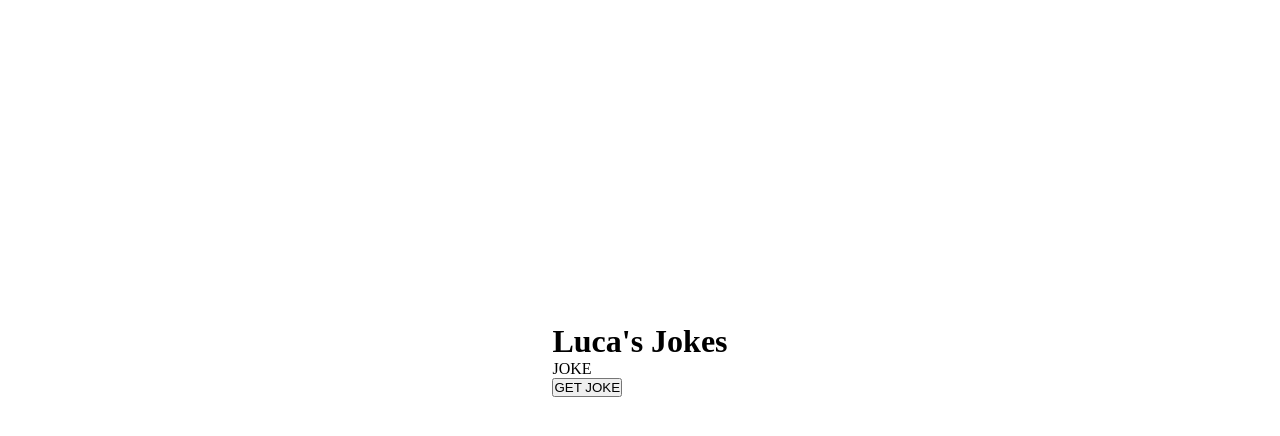
Repository: SerbanLuca/ChuckNorrisJokes-app
Page: /
These files come from the project's save history. The page is drawn as it stood at one moment and after a run of saves; the edit follows.
The browser window is 1280 px wide. The pictures show the whole page.
The project was rebuilt for these pictures with package versions that can differ from the ones it lists, and the page was loaded fresh each time.

Above is the page before, as saved 2021-04-07 13:45:39.

After the next 3 saves:
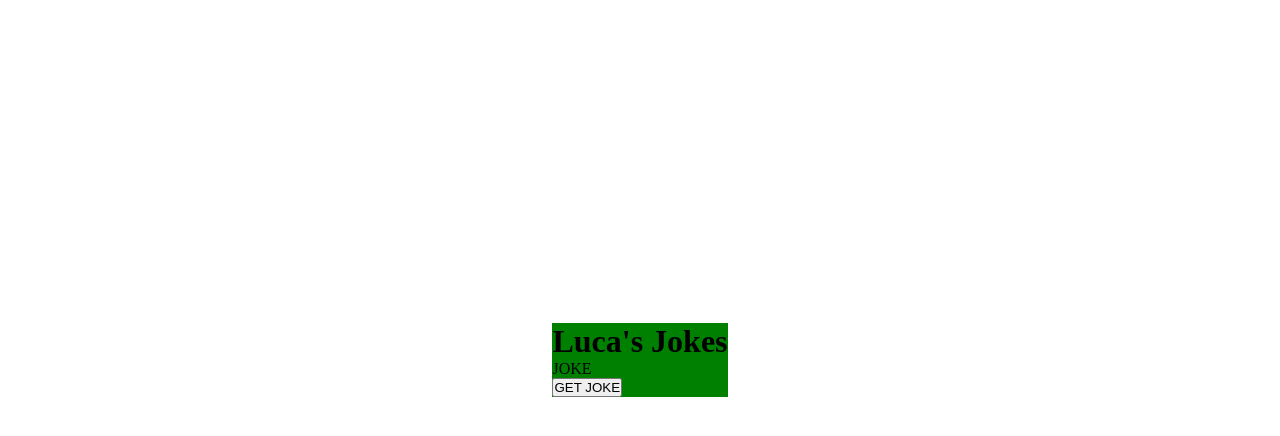
The 3 saves are shown as one change because they came seconds apart.
The last was saved 15 s later.
--- a/src/App.css
+++ b/src/App.css
@@ -14,5 +14,7 @@
 
 }
 
-
+.container
+{
+  background-color: green;
 }
